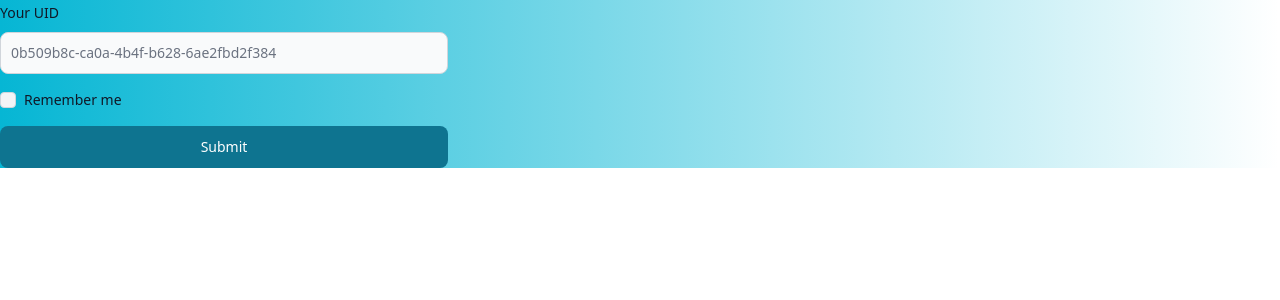
Repository: PrzemyslawJura/Frontend
Page: /
The author's editor kept a copy of each file at every save. The page is drawn from the files as they stood at one save, then again after the next save.
The browser window is 1280 px wide. The pictures show the whole page.
The project was rebuilt for these pictures with package versions that can differ from the ones it lists, and the page was loaded fresh each time. Also part of the build but not shown: vite.config.ts.

Above is the page before, as saved 2024-07-24 11:32:17.

After the next save:
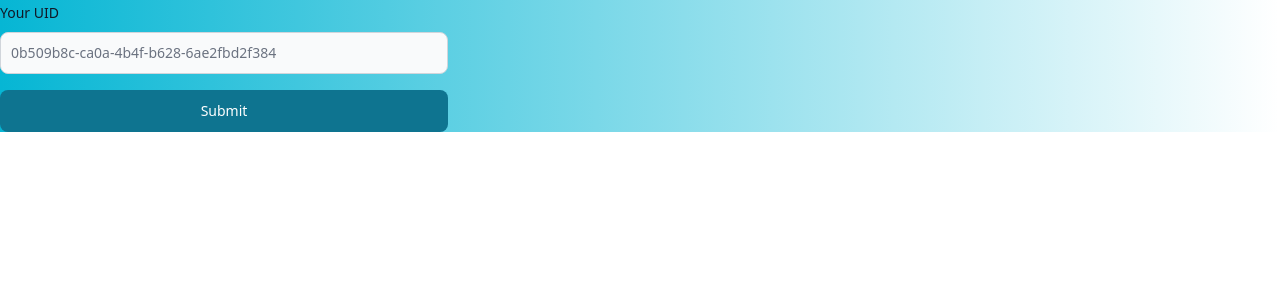
Saved 61 s later.
--- a/src/components/form/LoginForm.tsx
+++ b/src/components/form/LoginForm.tsx
@@ -11,10 +11,6 @@ export function LoginForm() {
         </div>
         <TextInput id="email1" type="text" placeholder="0b509b8c-ca0a-4b4f-b628-6ae2fbd2f384" required />
       </div>
-      <div className="flex items-center gap-2">
-        <Checkbox id="remember" />
-        <Label htmlFor="remember">Remember me</Label>
-      </div>
       <Button type="submit">Submit</Button>
     </form>
   );
